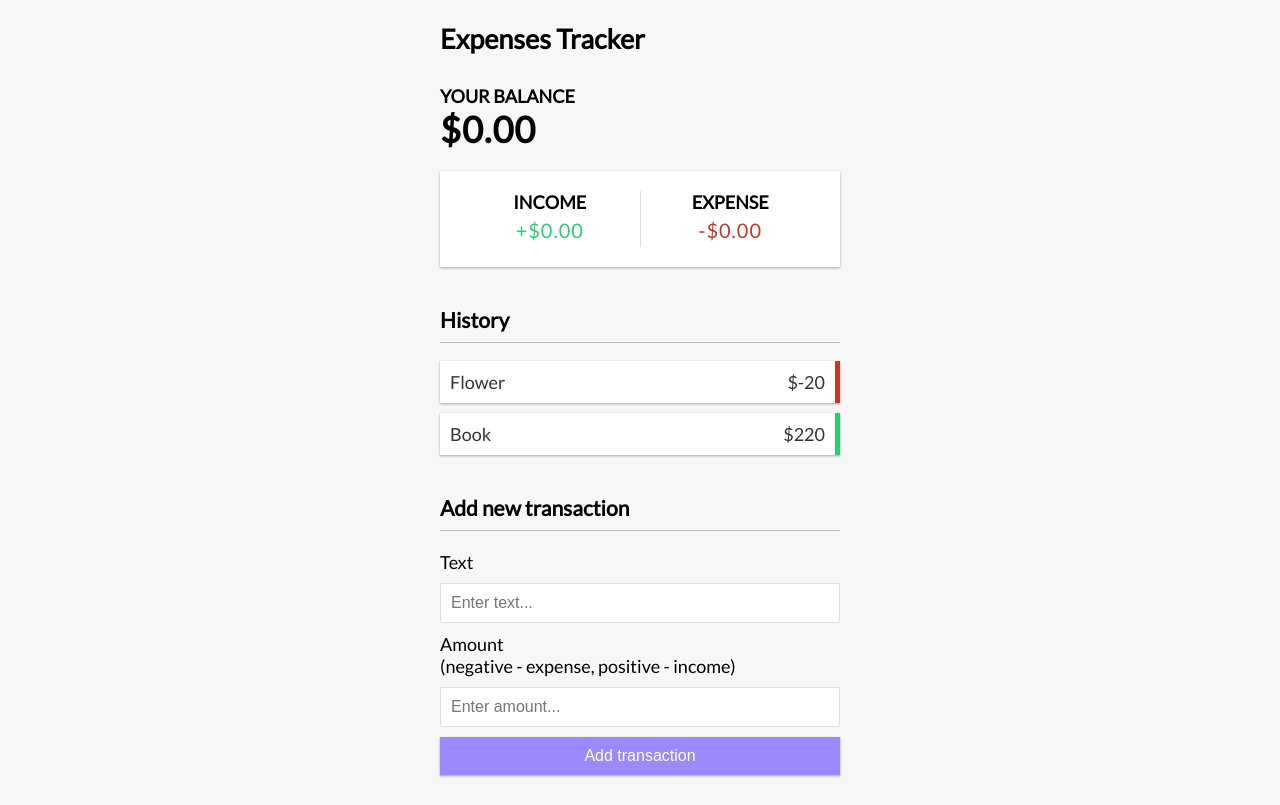
Repository: AyushMahatara/VUE-expense-tracker-app
Page: /
An editor plug-in stored every save of this project. The page is shown before and after the next save, followed by the edit.
The browser window is 1280 px wide. The pictures show the whole page.
The project was rebuilt for these pictures with package versions that can differ from the ones it lists, and the page was loaded fresh each time. Also part of the build but not shown: vite.config.js.

Above is the page before, as saved 2023-12-29 14:36:04.

After the next save:
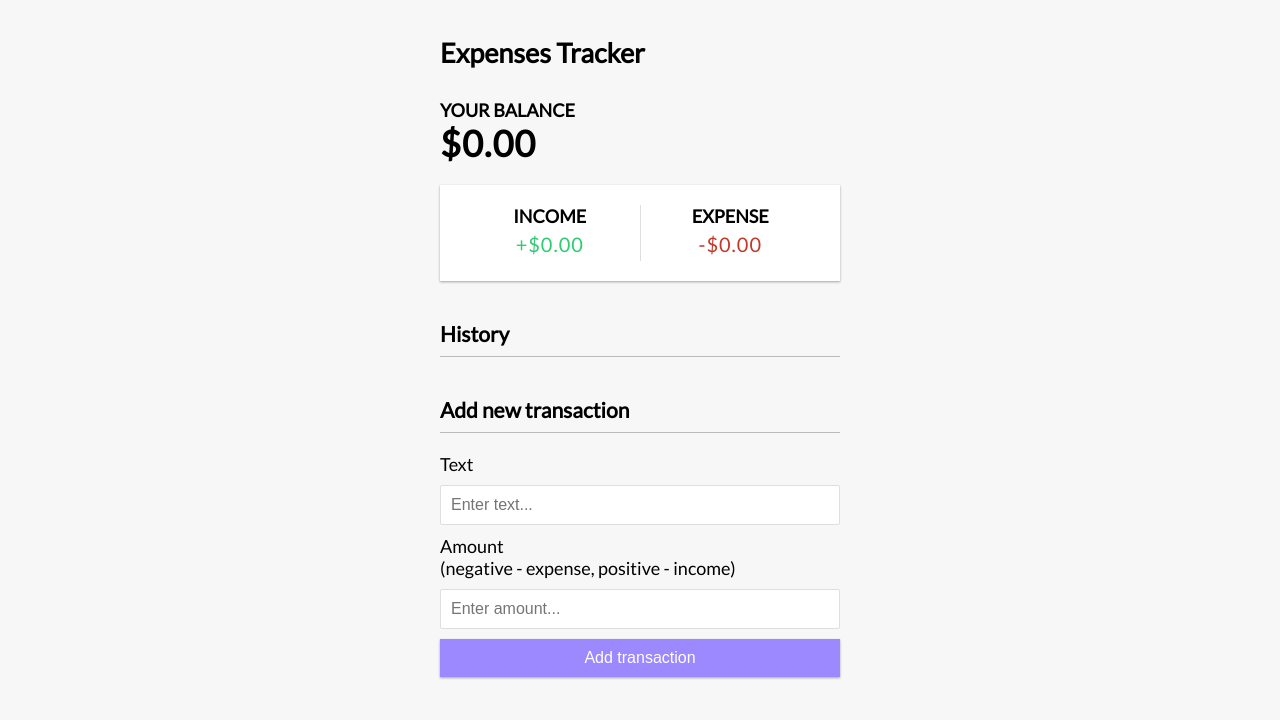
Saved 30 s later.
--- a/src/components/TransactionList.vue
+++ b/src/components/TransactionList.vue
@@ -14,18 +14,3 @@
         </li> -->
   </ul>
 </template>
-
-<script setup>
-const transactions = [
-  {
-    id: 1,
-    text: "Flower",
-    amount: -20,
-  },
-  {
-    id: 2,
-    text: "Book",
-    amount: 220,
-  },
-];
-</script>
